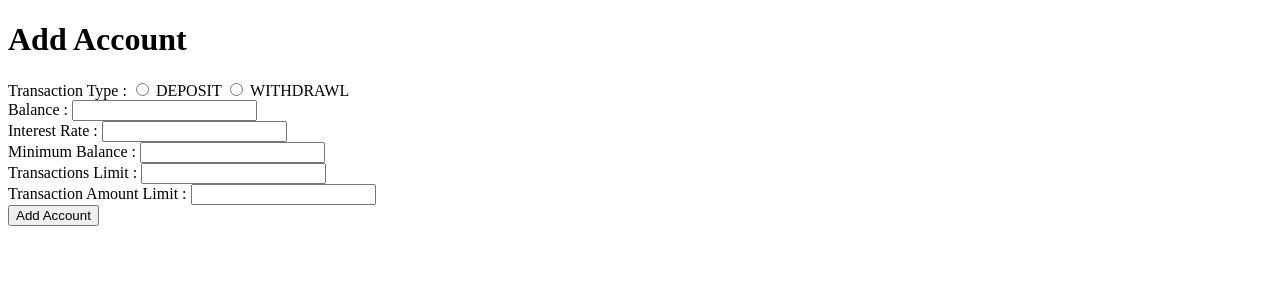
Repository: Shubham-Gawade/SpringHibernateTraining
Page: http://localhost/xorbankonline/WEB-INF/pages/maketransaction.jsp
These files come from the project's save history. The page is drawn as it stood at one moment and after the next save; the edit follows.
The browser window is 1280 px wide. The pictures show the whole page.
The page is served by Tomcat 9. Nobody is signed in. Other server files are loaded and not shown. The template is opened directly, without the code that normally fills it, so the values that code supplies are empty.

Above is the page before, as saved 2021-10-07 08:30:12.

### xorbankonline/src/main/webapp/WEB-INF/pages/maketransaction.jsp
<%@ page language="java" contentType="text/html; charset=ISO-8859-1"
    pageEncoding="ISO-8859-1"%>
<%@ taglib prefix="form" uri="http://www.springframework.org/tags/form" %>
<!DOCTYPE html>
<html>
<head>
<meta charset="ISO-8859-1">
<title>Insert title here</title>
</head>
<body>
<h1>Add Account</h1>
	<form:form action="addaccount" method="post" modelAttribute="accountObj">
        <label >Transaction Type :</label>
        <form:radiobutton cssClass="form-check-input" path="transactionType" name="transactionType" id="transactionType" value="DEPOSIT"/>
        <label class="form-check-label" for="gender">DEPOSIT</label>
        <form:radiobutton cssClass="form-check-input" path="transactionType" name="transactionType" id="transactionType" value="WITHDRAWL"/>
        <label class="form-check-label" for="gender">WITHDRAWL</label>
        <div class="form-group">
			<label for="balance">Balance :</label>
			<form:input type="text" class="form-control" path="balance"
				name="balance" />
		</div>
		<div class="form-group">
			<label for="interestRate">Interest Rate :</label>
			<input type="text" class="form-control"
				name="interestRate" />
		</div>
		<div class="form-group">
			<label for="minimumBalance">Minimum Balance :</label>
			<input type="text" class="form-control"
				name="minimumBalance" />
		</div>
		<div class="form-group">
			<label for="transactionsLimit">Transactions Limit :</label>
			<input type="text" class="form-control"
				name="transactionsLimit" />
		</div>
		<div class="form-group">
			<label for="transactionAmountLimit">Transaction Amount Limit :</label>
			<input type="text" class="form-control"
				name="transactionAmountLimit" />
		</div>
		<input class="btn btn-primary" type="submit" value="Add Account"/>
	</form:form>
</body>
</html>

After the next save:
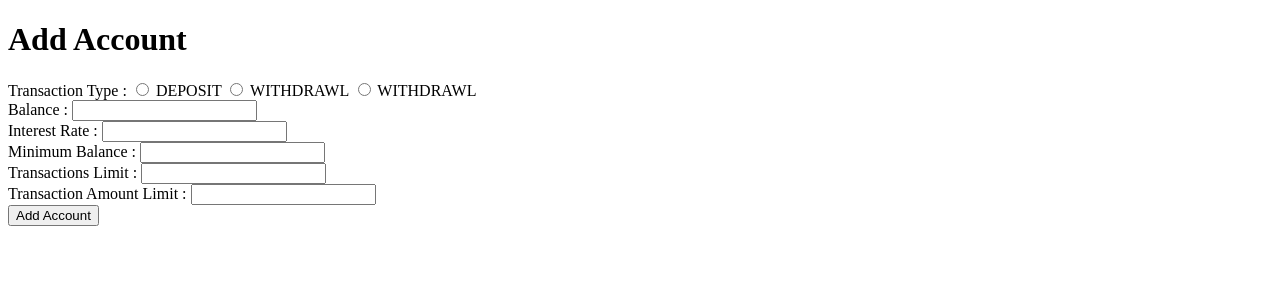
Saved 13 s later.
--- a/xorbankonline/src/main/webapp/WEB-INF/pages/maketransaction.jsp
+++ b/xorbankonline/src/main/webapp/WEB-INF/pages/maketransaction.jsp
@@ -13,6 +13,8 @@
         <label >Transaction Type :</label>
         <form:radiobutton cssClass="form-check-input" path="transactionType" name="transactionType" id="transactionType" value="DEPOSIT"/>
         <label class="form-check-label" for="gender">DEPOSIT</label>
+        <form:radiobutton cssClass="form-check-input" path="transactionType" name="transactionType" id="transactionType" value="WITHDRAWL"/>
+        <label class="form-check-label" for="gender">WITHDRAWL</label>
         <form:radiobutton cssClass="form-check-input" path="transactionType" name="transactionType" id="transactionType" value="WITHDRAWL"/>
         <label class="form-check-label" for="gender">WITHDRAWL</label>
         <div class="form-group">
